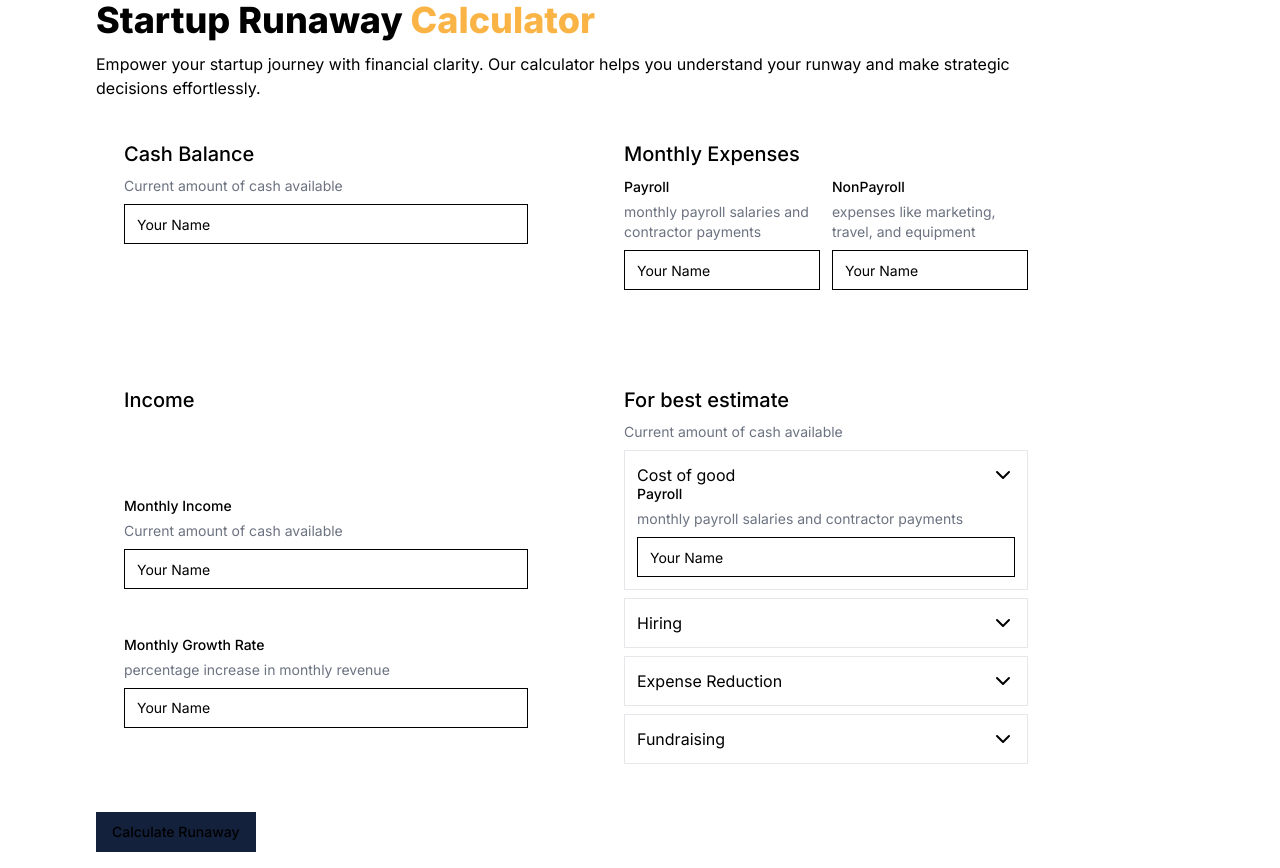
Repository: wossenF/startup-runaway-calculator
Page: /
An editor plug-in stored every save of this project. The page is shown before and after the next save, followed by the edit.
The browser window is 1280 px wide. The pictures show the whole page.
The project was rebuilt for these pictures with package versions that can differ from the ones it lists, and the page was loaded fresh each time. The framework's server and built-in components were replaced by stand-ins that run in the browser. Also part of the build but not shown: next.config.mjs.

Above is the page before, as saved 2024-04-08 12:17:49.

### src/app/page.tsx
import UserInput from "../components/UserInput";
import {Button} from '../components/ui/button'
export default function Home() {
  return (
    <main className="ml-24 w-3/4 mx-auto">
      <h1 className="font-extrabold text-4xl">Startup Runaway <span className="text-[#FAB446]">Calculator</span></h1>
      <p className="mx-auto max-w-screen-md lg:max-w-screen-lg xl:max-w-screen-xl p-3 pl-0">Empower your startup journey with financial clarity. Our calculator  helps you understand your runway and make strategic decisions  effortlessly.</p>
      <UserInput/>
      <Button className="mb-4">Calculate Runaway</Button>
    </main>
  );
}

### src/components/UserInput.tsx
"use client";
import { Input } from "./ui/input";
import { Label } from "./ui/label";
import { ChevronDown } from "lucide-react";
import {Button} from "./ui/button"
const UserInput = () => {
  return (
    <>
    <div className="grid grid-cols-1 lg:grid-cols-2 gap-10 pb-5">
      <div className="bg-secondary/50 rounded-lg p-7  ">
        <form className="grid gap-2">
          <Label className="font-medium text-xl">Cash Balance</Label>
          <p className="text-gray-500 text-sm ">
            Current amount of cash available
          </p>
          <Input name="name" placeholder="Your Name" />
        </form>
      </div>

      <div className=" bg-secondary/50 rounded-lg p-7  grid gap-2">
        <Label className="font-medium text-xl">Monthly Expenses</Label>
        <div className="grid grid-cols-2 gap-3 pt-1">
          <div>
            <form className="grid gap-2">
              <Label className="">Payroll</Label>
              <p className="text-gray-500 text-sm ">
                monthly payroll salaries and contractor payments
              </p>
              <Input name="name" placeholder="Your Name" />
            </form>
          </div>
          <div>
            <form className="grid gap-2">
              <Label className="">NonPayroll</Label>
              <p className="text-gray-500 text-sm ">
                expenses like marketing, travel, and equipment
              </p>
              <Input name="name" placeholder="Your Name" />
            </form>
          </div>
        </div>
      </div>

      <div className=" bg-secondary/50 rounded-lg p-7  grid gap-2">
        <Label className="font-medium text-xl">Income</Label>
        <div className="grid gap-3 pt-1">
          <div>
            <form className="grid gap-2">
              <Label className="">Monthly Income</Label>
              <p className="text-gray-500 text-sm ">
                Current amount of cash available
              </p>
              <Input name="name" placeholder="Your Name" />
            </form>
          </div>
          <div>
            <form className="grid gap-2">
              <Label className="">Monthly Growth Rate</Label>
              <p className="text-gray-500 text-sm ">
                percentage increase in monthly revenue
              </p>
              <Input name="name" placeholder="Your Name" />
            </form>
          </div>
        </div>
      </div>

      <div className="bg-secondary/50 rounded-lg p-7  ">
        <form className="grid gap-2">
          <Label className="font-medium text-xl">For best estimate</Label>
          <p className="text-gray-500 text-sm ">
            Current amount of cash available
          </p>
          <div className="p-3 gap-20 border rounded-md  ">
            <div className="flex justify-between ">
              <p>Cost of good </p>
              <ChevronDown />
            </div>
            <div className="padding-5">
            <form className="grid gap-2">
              <Label className="">Payroll</Label>
              <p className="text-gray-500 text-sm ">
                monthly payroll salaries and contractor payments
              </p>
              <Input name="name" placeholder="Your Name" />
            </form>
          </div>
          </div>
          <div className="flex justify-between p-3 gap-20 border rounded-md  ">
            <p>Hiring</p>
            <ChevronDown />
          </div>
          <div className="flex justify-between p-3 gap-20 border rounded-md  ">
            <p>Expense Reduction</p>
            <ChevronDown />
          </div>
          <div className="flex justify-between p-3 gap-20 border rounded-md  ">
            <p>Fundraising</p>
            <ChevronDown />
          </div>
        </form>
      </div>
    </div>

    </>
  );
};

export default UserInput;

### src/components/ui/button.tsx
import * as React from "react"
import { Slot } from "@radix-ui/react-slot"
import { cva, type VariantProps } from "class-variance-authority"

import { cn } from "@/lib/utils"

const buttonVariants = cva(
  "inline-flex items-center justify-center whitespace-nowrap text-sm font-medium ring-offset-background transition-colors focus-visible:outline-none focus-visible:ring-2 focus-visible:ring-ring focus-visible:ring-offset-2 disabled:pointer-events-none disabled:opacity-50",
  {
    variants: {
      variant: {
        default: "bg-[#13213C] text-primary-foreground hover:bg-primary/90",
        destructive:
          "bg-destructive text-destructive-foreground hover:bg-destructive/90",
        outline:
          "border border-input bg-background hover:bg-accent hover:text-accent-foreground",
        secondary:
          "bg-secondary text-secondary-foreground hover:bg-secondary/80",
        ghost: "hover:bg-accent hover:text-accent-foreground",
        link: "text-primary underline-offset-4 hover:underline",
      },
      size: {
        default: "h-10 px-4 py-2",
        sm: "h-9 rounded-md px-3",
        lg: "h-11 rounded-md px-8",
        icon: "h-10 w-10",
      },
    },
    defaultVariants: {
      variant: "default",
      size: "default",
    },
  }
)

export interface ButtonProps
  extends React.ButtonHTMLAttributes<HTMLButtonElement>,
    VariantProps<typeof buttonVariants> {
  asChild?: boolean
}

const Button = React.forwardRef<HTMLButtonElement, ButtonProps>(
  ({ className, variant, size, asChild = false, ...props }, ref) => {
    const Comp = asChild ? Slot : "button"
    return (
      <Comp
        className={cn(buttonVariants({ variant, size, className }))}
        ref={ref}
        {...props}
      />
    )
  }
)
Button.displayName = "Button"

export { Button, buttonVariants }

### src/components/ui/input.tsx
import * as React from "react"

import { cn } from "@/lib/utils"

export interface InputProps
  extends React.InputHTMLAttributes<HTMLInputElement> {}

const Input = React.forwardRef<HTMLInputElement, InputProps>(
  ({ className, type, ...props }, ref) => {
    return (
      <input
        type={type}
        className={cn(
          "flex h-10 w-full rounded-md border border-input bg-background px-3 py-2 text-sm ring-offset-background file:border-0 file:bg-transparent file:text-sm file:font-medium placeholder:text-muted-foreground focus-visible:outline-none focus-visible:ring-2 focus-visible:ring-ring focus-visible:ring-offset-2 disabled:cursor-not-allowed disabled:opacity-50",
          className
        )}
        ref={ref}
        {...props}
      />
    )
  }
)
Input.displayName = "Input"

export { Input }

### src/components/ui/label.tsx
"use client"

import * as React from "react"
import * as LabelPrimitive from "@radix-ui/react-label"
import { cva, type VariantProps } from "class-variance-authority"

import { cn } from "@/lib/utils"

const labelVariants = cva(
  "text-sm font-medium leading-none peer-disabled:cursor-not-allowed peer-disabled:opacity-70"
)

const Label = React.forwardRef<
  React.ElementRef<typeof LabelPrimitive.Root>,
  React.ComponentPropsWithoutRef<typeof LabelPrimitive.Root> &
    VariantProps<typeof labelVariants>
>(({ className, ...props }, ref) => (
  <LabelPrimitive.Root
    ref={ref}
    className={cn(labelVariants(), className)}
    {...props}
  />
))
Label.displayName = LabelPrimitive.Root.displayName

export { Label }

Loaded but not shown: src/app/layout.tsx (common file); src/app/globals.css (common file); src/lib/utils.ts (common file); tailwind.config.ts (common file)

After the next save:
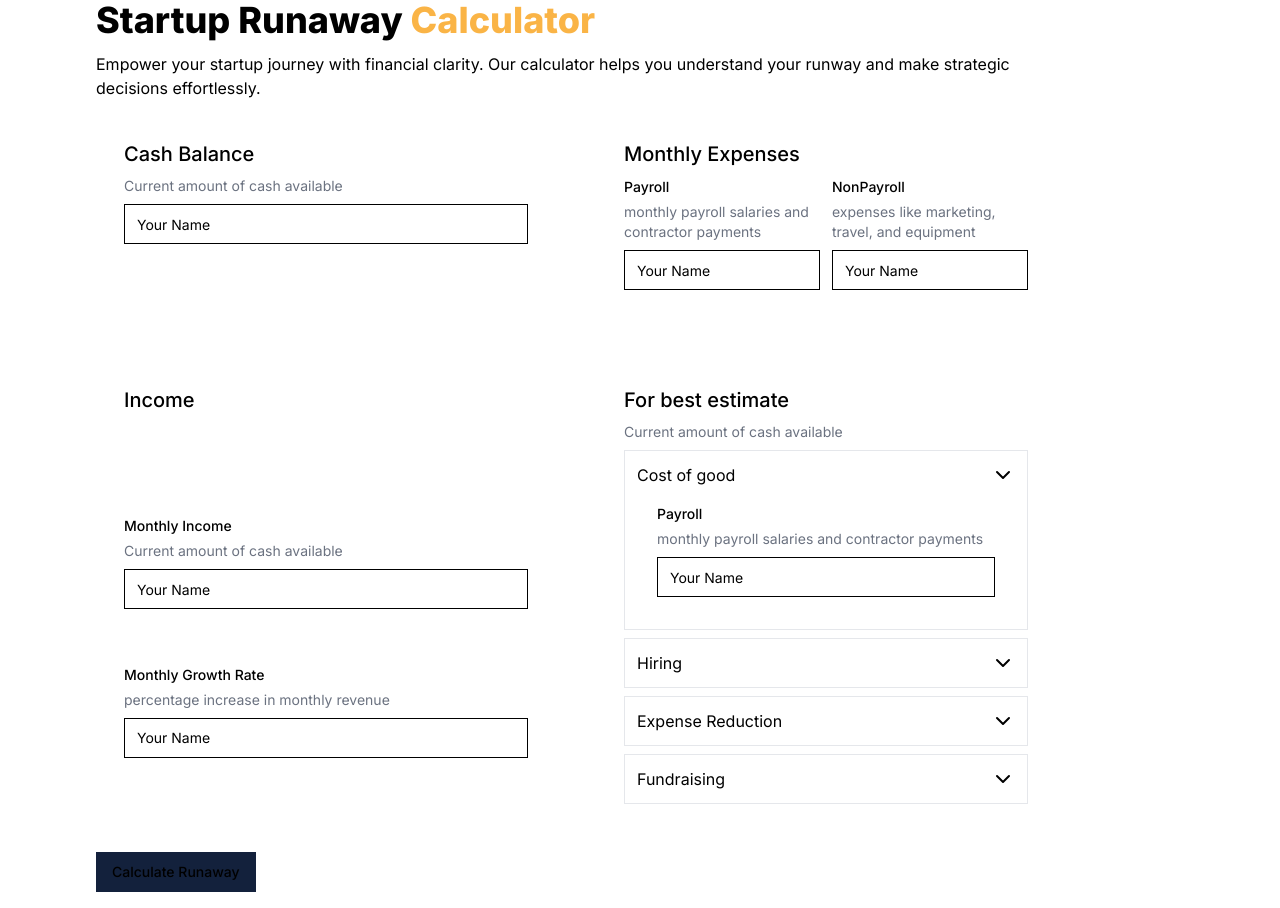
Saved 4 s later.
--- a/src/components/UserInput.tsx
+++ b/src/components/UserInput.tsx
@@ -76,7 +76,7 @@ const UserInput = () => {
               <p>Cost of good </p>
               <ChevronDown />
             </div>
-            <div className="padding-5">
+            <div className="p-5">
             <form className="grid gap-2">
               <Label className="">Payroll</Label>
               <p className="text-gray-500 text-sm ">
